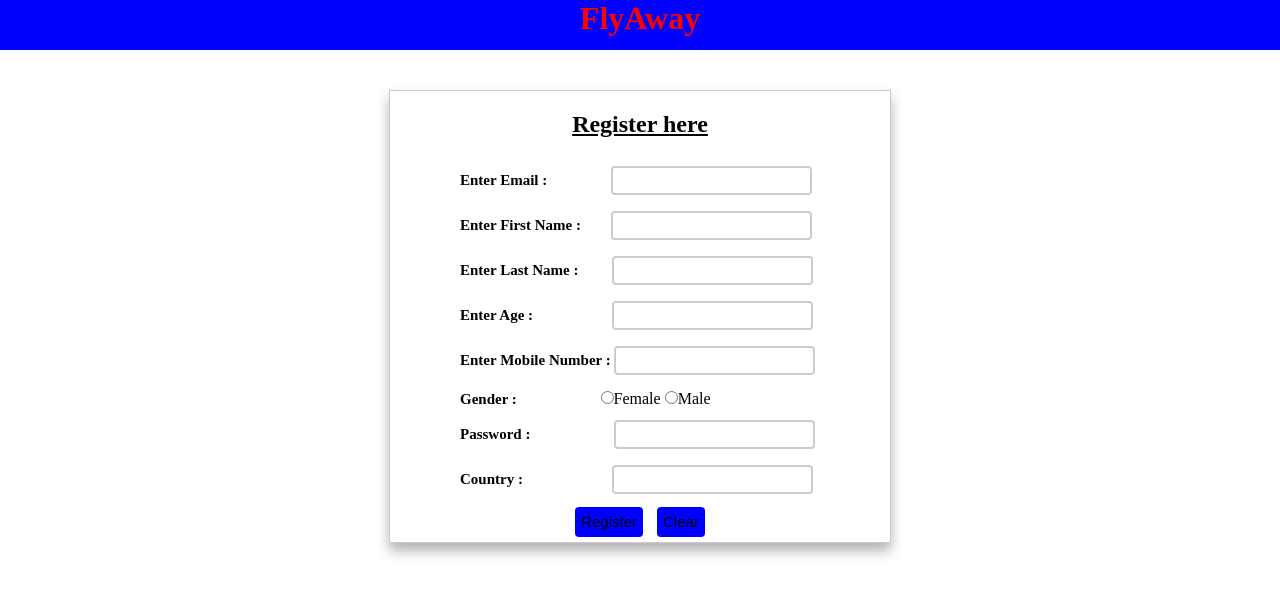
Repository: KartikMuchakandimath/Flyaway
Page: http://localhost/FlayAway/
The author's editor kept a copy of each file at every save. The page is drawn from the files as they stood at one save, then again after the next save.
The browser window is 1280 px wide. The pictures show the whole page.
The page is served by Tomcat 9. Other server files are loaded and not shown.

Above is the page before, as saved 2022-04-22 19:43:59.

### FlayAway/src/main/webapp/Registration.jsp
<%@ page language="java" contentType="text/html; charset=ISO-8859-1"
    pageEncoding="ISO-8859-1"%>
<!DOCTYPE html>
<html>
<head>

<meta charset="ISO-8859-1">
<title>Register</title>
<style>
body{
margin : 0;
padding : 0;
}
.head{
background-color : #0000FF;
color : #FF0000;
height : 50px;
}
h1{
	margin: auto;
	font-family : "Times New Roman", Times, serif;
	text-align : center;
}
.register-box{
	margin :auto;
	margin-top : 40px;
	width : 500px;
	border : 1px solid #ccc;
	box-shadow : 0 8px 12px 0px rgba(0,0,0,0.3);
	positive : absolute;
}
label{
	font-weight : bold;
	padding-left: 70px ;
	font-size: 15px;

}
input{
	padding: 5px 10px;
  	margin: 8px 0;
  	display: inline-block;
  	border: 2px solid #ccc;
  	border-radius: 4px;
  	box-sizing: border-box;

}
button{
  	border-radius: 4px;
	border:none;
	height: 30px;
	display : inline-block;
	font-size : 15px;
	font-width : bold;
	background-color: rgb(0,0,255);
	margin : 5px;
}
</style>

</head>
<body>
<div class="head">
	<h1>FlyAway</h1>
</div>
<div class="register-box">
	<div>
	<h2><center><u>Register here</u></center></h2>
	</div>
	<div>
		<form action="Register" method="post">
			<label style="padding-right: 60px;">Enter Email : </label><input type="email" name="email" required="required"><br>
			<label style="padding-right: 30px;">Enter First Name :</label><input type="text" name="fname" required="required"><br>
			<label style="padding-right: 30px;">Enter Last Name : </label><input type="text" name="lname" required="required"><br>
			<label style="padding-right: 75px;">Enter Age : </label><input type="number" name="age" maxlength="2" required="required">	<br>
			<label>Enter Mobile Number : </label><input type="text" name="contact" maxlength="10" required="required"><br>
			<label style="padding-right: 80px;">Gender : </label><span><input type="radio" name="gender" value="female">Female
				    	<input type="radio" name="gender" value="Male">Male</span><br/>
		    <label style="padding-right: 80px;">Password : </label><input type="password" name="password"><br/>
			<label style="padding-right: 85px;">Country : </label><input type="text" name="country" required="required"><br>

			<center><button type="submit">Register</button>		    <button type="reset">Clear</button>	</center>

		</form>
	</div>
</div>
</body>
</html>

After the next save:
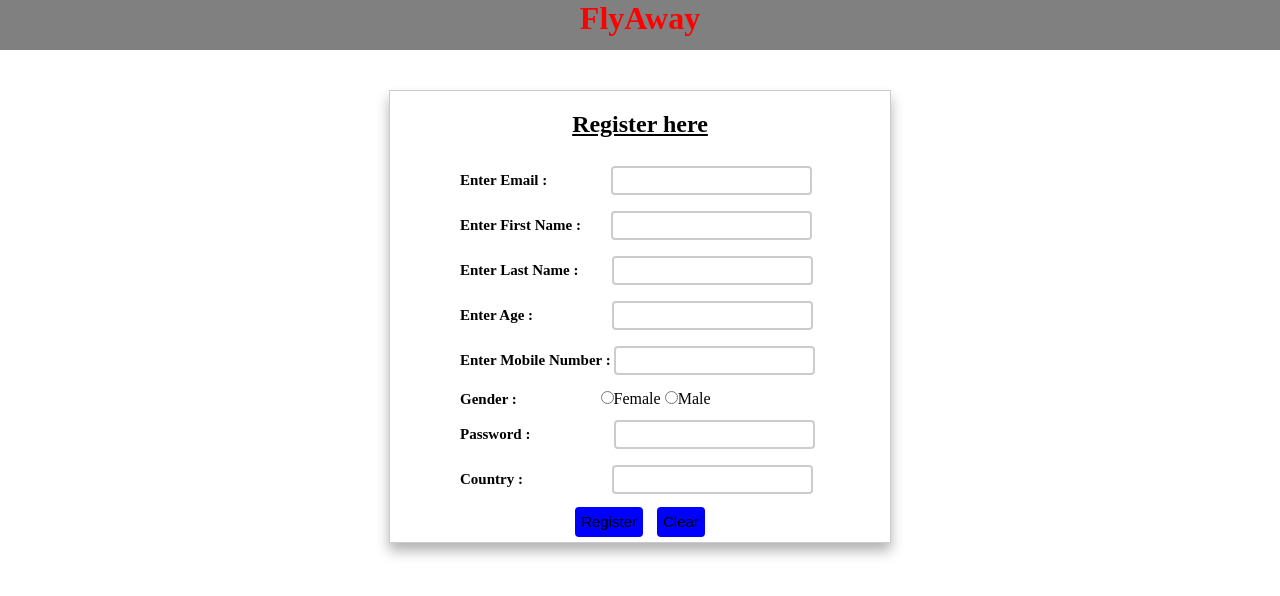
Saved 59 s later.
--- a/FlayAway/src/main/webapp/Registration.jsp
+++ b/FlayAway/src/main/webapp/Registration.jsp
@@ -12,7 +12,7 @@
 padding : 0;
 }
 .head{
-background-color : #0000FF;
+background-color : #808080;
 color : #FF0000;
 height : 50px;
 }

After the save that followed:
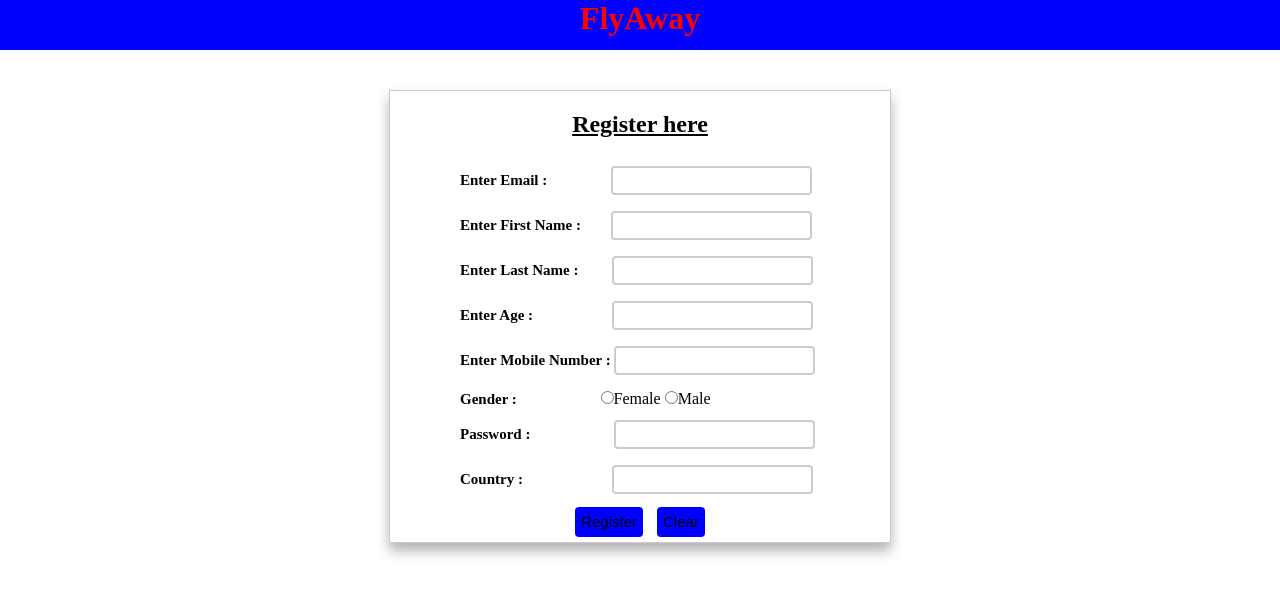
Saved 48 s later.
--- a/FlayAway/src/main/webapp/Registration.jsp
+++ b/FlayAway/src/main/webapp/Registration.jsp
@@ -12,7 +12,7 @@
 padding : 0;
 }
 .head{
-background-color : #808080;
+background-color : #0000FF;
 color : #FF0000;
 height : 50px;
 }
